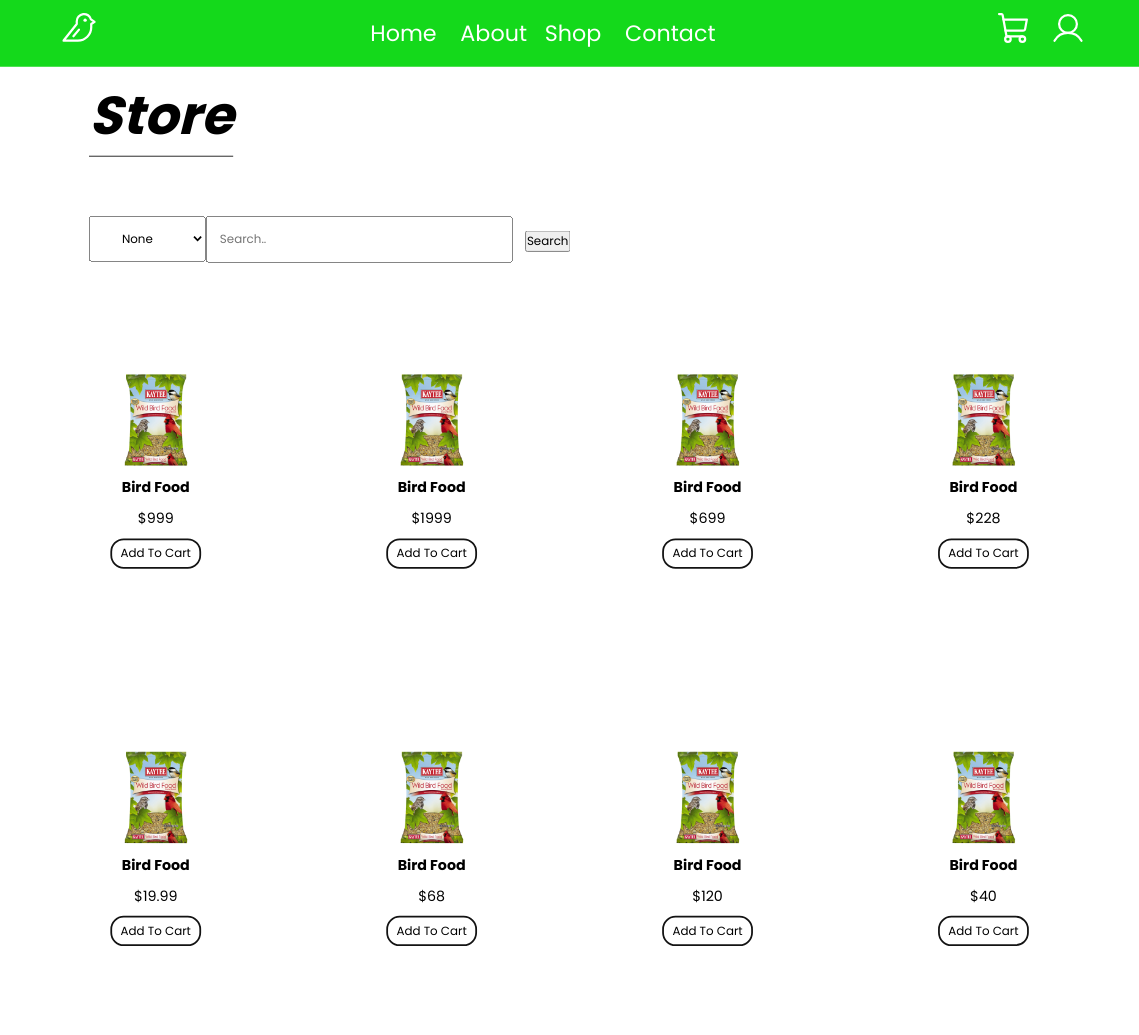
Repository: Vuhainam64/SWP391
Page: / (app in React/swp391-app/)
The author's editor kept a copy of each file at every save. The page is drawn from the files as they stood at one save, then again after the next save.
The browser window is 1280 px wide. The pictures show the whole page, at 89% of full size.
The project was rebuilt for these pictures with package versions that can differ from the ones it lists, and the page was loaded fresh each time. Also part of the build but not shown: React/swp391-app/src/pages/register/register.jsx, React/swp391-app/src/pages/home/home.jsx, React/swp391-app/src/pages/about/about.jsx, React/swp391-app/src/pages/contact/contact.jsx, React/swp391-app/src/pages/cart/cart-item.jsx, React/swp391-app/src/pages/cart/cart.css, React/swp391-app/src/pages/cart/cart.jsx.

Above is the page before, as saved 2023-06-01 14:18:49.

### React/swp391-app/src/App.js
import './App.css';
import { BrowserRouter as Router, Routes, Route } from "react-router-dom";
import { Navbar } from "./components/navbar";
import { Register } from "./pages/register/register";
import { Home } from "./pages/home/home";
import { About } from "./pages/about/about";
import { Shop } from "./pages/shop/shop";
import { Contact } from "./pages/contact/contact";
import { Cart } from "./pages/cart/cart";
import { ShopContextProvider } from './context/shop-context';


function App() {
  return (
    <div className = "App">
      <ShopContextProvider>
        <Router>
          <Navbar />
          <Routes>
            <Route path = "/register" element = {<Register />} />
            <Route path = "/home" element={<Home/>} />
            <Route path = "/about" element={<About/>} />
            <Route path = "/" element = {<Shop />} />
            <Route path = "/contact" element = {<Contact />} />
            <Route path = "/cart" element = {<Cart />} />
          </Routes>
        </Router>
      </ShopContextProvider>
    </div>
  );
}

export default App;

### React/swp391-app/src/App.css
.App {
  width: 100%;
  height: auto;
  min-height: 100vh;
  font-family: 'Segoe UI', Tahoma, Geneva, Verdana, sans-serif;
}

body {
  padding: 0;
  margin: 0;
}

### React/swp391-app/src/components/navbar.jsx
import React from "react";
import { Link } from "react-router-dom";
import { ShoppingCart, Bird, User } from "phosphor-react";
import "./navbar.css";

export const Navbar = () => {
  return (
    <div className="navbar">
      <div className="links">
        <div className="icon">
          <Link to="/home">
            <Bird size={40} />
          </Link>
        </div>
        <div className="middle">
          <Link to="/home"> Home </Link>
          <Link to="/about">About</Link>
          <Link to="/">Shop</Link>
          <Link to="/contact"> Contact</Link>
        </div>
        <div className="end">
          <Link to="/cart">
            <ShoppingCart size={40} />
          </Link>
            <Link to="/register">
                <User size={40}/>
            </Link>
        </div>
      </div>
    </div>
  );
};

### React/swp391-app/src/pages/shop/shop.jsx
import React from "react";
import { PRODUCTS } from "../../products";
import { Product } from "./product";
import "./shop.css";

export const Shop = () => {
  return (
    <div className="shop">
      <div className="shopTitle">
        <h3>Store</h3>
      </div>

      <div className="form-shop">
        <div class="form-shop1">
          <label>
            <select>
              <option selected> None </option>
              <option>Seed</option>
              <option>Suet</option>
              <option>Nectar</option>
              <option>Fruit</option>
              <option>Insect</option>
            </select>
          </label>
        </div>
        <div className="search-bar">
          <input type="text" placeholder="Search.." />
        </div>
        <div className="icon-search">
          <button>Search</button>
        </div>
      </div>

      <div className="products">
        {PRODUCTS.map((product) => (
          <Product data={product} />
        ))}
      </div>
    </div>
  );
};

### React/swp391-app/src/context/shop-context.jsx
import { createContext, useEffect, useState } from "react";
import { PRODUCTS } from "../products";

export const ShopContext = createContext(null);

const getDefaultCart = () => {
    let cart = {};
    for (let i = 1; i < PRODUCTS.length + 1; i++) {
        cart[i] = 0;
    }
    return cart;
}

export const ShopContextProvider = (props) => {
    const [cartItems, setCartItems] = useState(getDefaultCart());

    const getTotalCartAmount = () => {
        let totalAmount = 0;
        for (const item in cartItems) {
            if (cartItems[item] > 0) {
                let itemInfo = PRODUCTS.find((product) => product.id === Number(item));
                totalAmount += cartItems[item] *itemInfo.price;
            }
        }
        return totalAmount;
    };

    const addToCart = (itemId) => {
        setCartItems((prev) => ({ ...prev, [itemId]: prev[itemId] + 1}));
    };

    const removeFromCart = (itemId) => {
        setCartItems((prev) => ({ ...prev, [itemId]: prev[itemId] - 1}));
    };

    const updateCartItemCount = (newAmount, itemId) => {
        setCartItems((prev) => ({ ...prev, [itemId]: newAmount }));
    };

    const checkout = () => {
        setCartItems(getDefaultCart());
    };

    const contextValue = {
        cartItems,
        addToCart,
        updateCartItemCount,
        removeFromCart,
        getTotalCartAmount,
        checkout,
    };

    return (
        <ShopContext.Provider value={contextValue}>
            {props.children}
        </ShopContext.Provider>
    );
};

### React/swp391-app/src/components/navbar.css
.navbar {
    width: 100%;
    height: 75px;
    background-color: rgb(20, 217, 27);
    display: flex;
    justify-content: center;
    align-items: center;
}

.links {
    margin-right: 50px;
    display: flex;
    align-items: center;
    justify-content: space-between;
    width: 100%;
}

.icon {
    margin-left: 50px;
}

.end {
    padding: 0 10px;
}

.links a {
    text-decoration: none;
    color: white;
    margin-left: 20px;
    font-size: 25px;
}

### React/swp391-app/src/pages/register/register.css
/* Import Google font - Poppins */
@import url('https://fonts.googleapis.com/css2?family=Poppins:wght@200;300;400;500;600;700&display=swap');

*{
  margin: 0;
  padding: 0;
  box-sizing: border-box;
  font-family: 'Poppins', sans-serif;
}

.images{
  position: absolute;
  width: 100%;
  height: 100%;
  background-image: linear-gradient(rgba(0,0,0,0.4),rgba(0,0,0,0.4)),url(../../assets/products/7200317.jpg);
  background-position: center;
  background-size: cover;
}

.container{
  position: relative;
  top: 50%;
  left: 50%;
  transform: translate(-50%,-50%);
  max-width: 480px;
  width: 100%;
  background: #fff;
  border-radius: 7px;
  box-shadow: 0 5px 10px rgba(0,0,0,0.3);
}

.container .registration{
  display: none;
}

#check:checked ~ .registration{
  display: block;
}

#check:checked ~ .login{
  display: none;
}

#check{
  display: none;
}

.container .form{
  padding: 2rem;
}

.form header{
  font-size: 2rem;
  font-weight: 500;
  text-align: center;
  margin-bottom: 1.5rem;
}

 .form input{
   height: 60px;
   width: 92%;
   padding: 0 14px;
   font-size: 17px;
   margin-top: 15px;
   margin-bottom: 1.3rem;
   border: 1px solid #ddd;
   border-radius: 6px;
   outline: none;
 }

 .form input:focus{
   box-shadow: 0 1px 0 rgba(0,0,0,0.2);
 }

.form a{
  font-size: 16px;
  color: #009579;
  text-decoration: none;
}

.form a:hover{
  text-decoration: underline;
}

.form input.button{
  color: #fff;
  background: #009579;
  font-size: 1.2rem;
  font-weight: 500;
  letter-spacing: 1px;
  margin-top: 1.7rem;
  cursor: pointer;
  transition: 0.4s;
  width: 100%;
}

.form input.button:hover{
  background: #006653;
}

.signup{
  font-size: 17px;
  text-align: center;
}

.signup label{
  color: #009579;
  cursor: pointer;
}

.signup label:hover{
  text-decoration: underline;
}

.icon-login {
  margin-right: 5px;
}

### React/swp391-app/src/products.js
import product1 from "./assets/products/1.png";
import product2 from "./assets/products/1.png";
import product3 from "./assets/products/1.png";
import product4 from "./assets/products/1.png";
import product5 from "./assets/products/1.png";
import product6 from "./assets/products/1.png";
import product7 from "./assets/products/1.png";
import product8 from "./assets/products/1.png";

export const PRODUCTS = [
  {
    id: 1,
    productName: "Bird Food",
    price: 999.0,
    productImage: product1,
  },
  {
    id: 2,
    productName: "Bird Food",
    price: 1999.0,
    productImage: product2,
  },
  {
    id: 3,
    productName: "Bird Food",
    price: 699.0,
    productImage: product3,
  },
  {
    id: 4,
    productName: "Bird Food",
    price: 228.0,
    productImage: product4,
  },
  {
    id: 5,
    productName: "Bird Food",
    price: 19.99,
    productImage: product5,
  },
  {
    id: 6,
    productName: "Bird Food",
    price: 68.0,
    productImage: product6,
  },
  {
    id: 7,
    productName: "Bird Food",
    price: 120.0,
    productImage: product7,
  },
  {
    id: 8,
    productName: "Bird Food",
    price: 40.0,
    productImage: product8,
  },
];

### React/swp391-app/src/pages/shop/product.jsx
import React, {useContext} from "react";
import { ShopContext } from "../../context/shop-context";

export const Product = (props) => {
    const { id, productName, price, productImage } = props.data;
    const { addToCart, cartItems } = useContext(ShopContext);

    const cartItemCount = cartItems[id];

    return (
        <div className = "product">
            <img src = {productImage} alt=""/>
            <div className = "description">
                <p>
                    <b>{productName}</b>
                </p>
                <p> ${price}</p>
            </div>
            <button className="addToCartBttn" onClick = {() => addToCart(id)}>
                Add To Cart {cartItemCount > 0 && <> ({cartItemCount}) </>}
            </button>
        </div>
    );
};

### React/swp391-app/src/pages/shop/shop.css
.shop {
    padding: 0 20px;
}

.shopTitle {
    margin-top: 10px;
    text-align: center;
    font-size: 40px;
}

.products {
    width: 100%;
    height: auto;
    display: grid;
    grid-template-columns: 1fr 1fr 1fr 1fr;
    place-items: center;

}

.product {
    border-radius: 15px;
    margin: 100px;
    display: flex;
    flex-direction: column;
    justify-content: center;
    align-items: center;
}

.product img {
    width: 100%;
    height: 100%;
}

.product .description {
    text-align: center;
}

.product:hover {
    transition: 0.3s ease-in;
    cursor: pointer;
}

.addToCartBttn {
    background-color: transparent;
    border: 2px solid rgb(19, 19, 19);
    min-width: 100px;
    padding: 5px 10px 5px 10px;
    border-radius: 15px;
}

.addToCartBttn:hover {
    background-color: rgb(19, 19, 19);
    color: white;
    cursor: pointer;
}

.description p,b{
    margin: 10px 0;
}
.shopTitle {
    justify-content: left;
    display: inline-block;
}
.shopTitle h3{
    float: left;
    margin-left: 80px;
    font-size: 60px;
    font-style: italic;
    border-bottom: 1px solid rgb(19, 19, 19);
}

.form-shop {
    display: flex;
    margin: 50px 10px 10px 80px;
}

.form-shop select {
    padding: 14px 32px;
}

.form-shop input {
    padding: 14px;
    margin: 10px 10px 10px 0;
    width: 100%;
}

.search-bar {
    width: 30%;
}
.icon-search {
    padding: 14px;
    height: 50px;
    margin-top: 10px;
}

### React/swp391-app/src/pages/contact/contact.css
.contact{
    max-width: 400px;
    margin: 0 auto;
    padding: 20px;
}
.title-contact{
    text-align: center;
}
label{
    display: block;
    margin-top: 10px;
}
.form-contact{

    text-align: center;
}

/* input[type="text"],
.type-email,
input[type="message"],
textarea {
  width: 100%;
  padding: 8px;
  border: 1px solid #ccc;
  border-radius: 4px;
  box-sizing: border-box;
  margin-top: 5px;
  margin-bottom: 10px;
} */

input[type="submit"] {
    background-color: #4CAF50;
    color: white;
    padding: 10px 15px;
    border: none;
    border-radius: 4px;
    cursor: pointer;
    font-size: 16px;
  }

  input[type="submit"]:hover {
    background-color: #45a049;
  }

  textarea {
    height: 100px;
  }

Loaded but not shown: React/swp391-app/public/index.html (common file); React/swp391-app/src/index.js (common file); React/swp391-app/src/index.css (common file); React/swp391-app/src/reportWebVitals.js (common file)

After the next save:
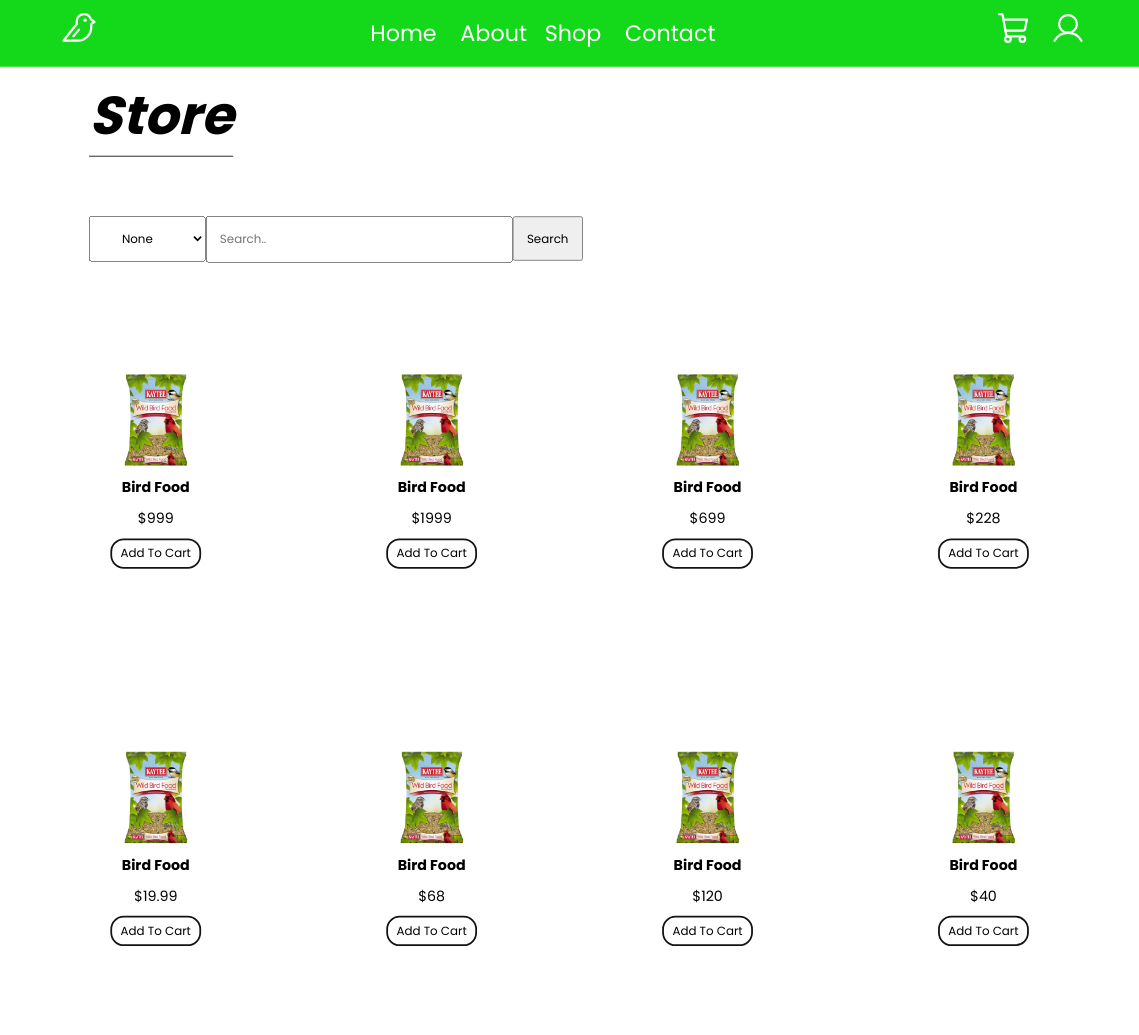
Saved 8 s later.
--- a/React/swp391-app/src/pages/shop/shop.css
+++ b/React/swp391-app/src/pages/shop/shop.css
@@ -87,7 +87,7 @@
 .search-bar {
     width: 30%;
 }
-.icon-search {
+.icon-search button{
     padding: 14px;
     height: 50px;
     margin-top: 10px;
